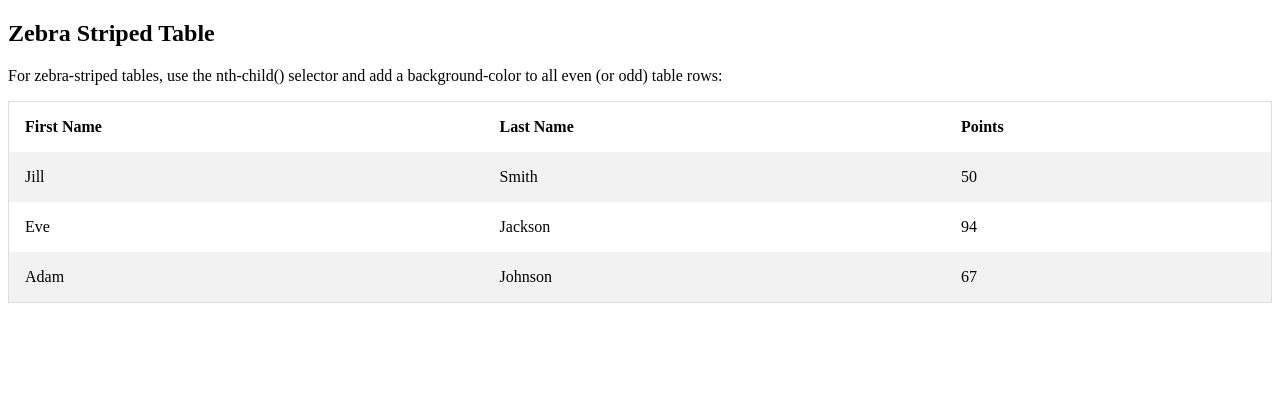
Repository: darae729/Project_shop
Page: http://localhost/SpringApp/gallery/list
The author's editor kept a copy of each file at every save. The page is drawn from the files as they stood at one save, then again after the next save.
The browser window is 1280 px wide. The pictures show the whole page.
The page is served by Tomcat 9.

Above is the page before, as saved 2023-09-06 03:58:49.

After the next save:
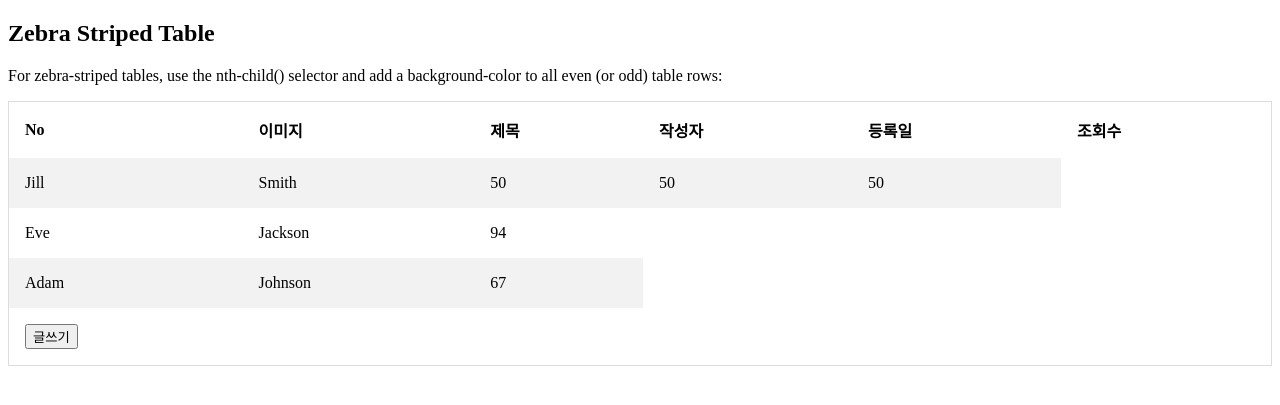
Saved 115 s later.
--- a/SpringApp/src/main/webapp/WEB-INF/views/gallery/list.jsp
+++ b/SpringApp/src/main/webapp/WEB-INF/views/gallery/list.jsp
@@ -29,13 +29,18 @@ tr:nth-child(even) {
 
 	<table>
 		<tr>
-			<th>First Name</th>
-			<th>Last Name</th>
-			<th>Points</th>
+			<th>No</th>
+			<th>이미지</th>
+			<th>제목</th>
+			<th>작성자</th>
+			<th>등록일</th>
+			<th>조회수</th>
 		</tr>
 		<tr>
 			<td>Jill</td>
 			<td>Smith</td>
+			<td>50</td>
+			<td>50</td>
 			<td>50</td>
 		</tr>
 		<tr>
@@ -48,6 +53,11 @@ tr:nth-child(even) {
 			<td>Johnson</td>
 			<td>67</td>
 		</tr>
+		<tr>
+		<td>
+		<button>글쓰기</button>
+		</td>
+		</tr>
 	</table>
 
 </body>
